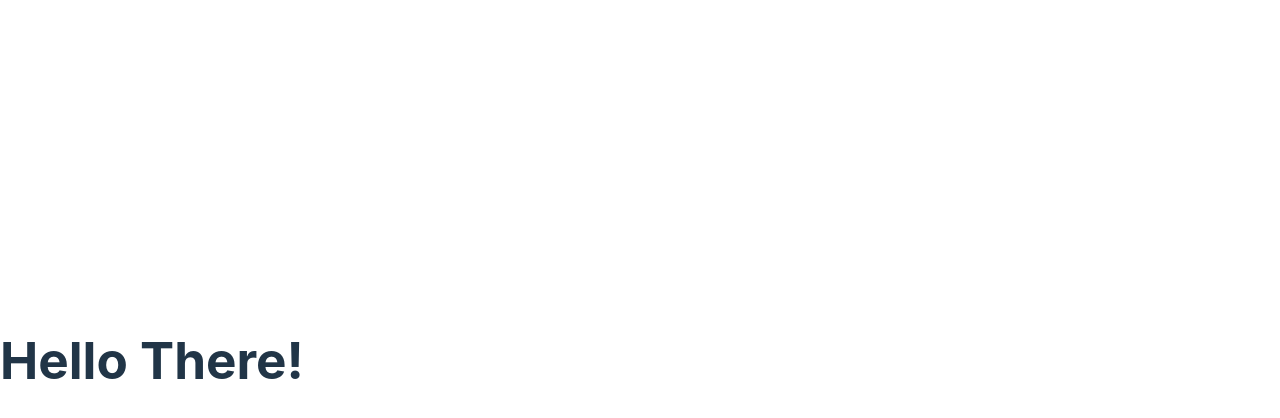
Repository: RonanKhalilOlaes/Olaes_Lab06-07_taskList
Page: /
The author's editor kept a copy of each file at every save. The page is drawn from the files as they stood at one save, then again after the next save.
The browser window is 1280 px wide. The pictures show the whole page.
The project was rebuilt for these pictures with package versions that can differ from the ones it lists, and the page was loaded fresh each time. Also part of the build but not shown: vite.config.js.

Above is the page before, as saved 2024-10-09 11:45:09.

### src/App.jsx
import { useState } from 'react'
// import './App.css'

function App() {

 let name ='John Doe';
  return (
    <>
      <h1>Hello There!</h1>
    </>
  );
}

export default App;

Loaded but not shown: index.html (common file); src/main.jsx (common file); src/index.css (common file); src/App.css (common file)

After the next save:
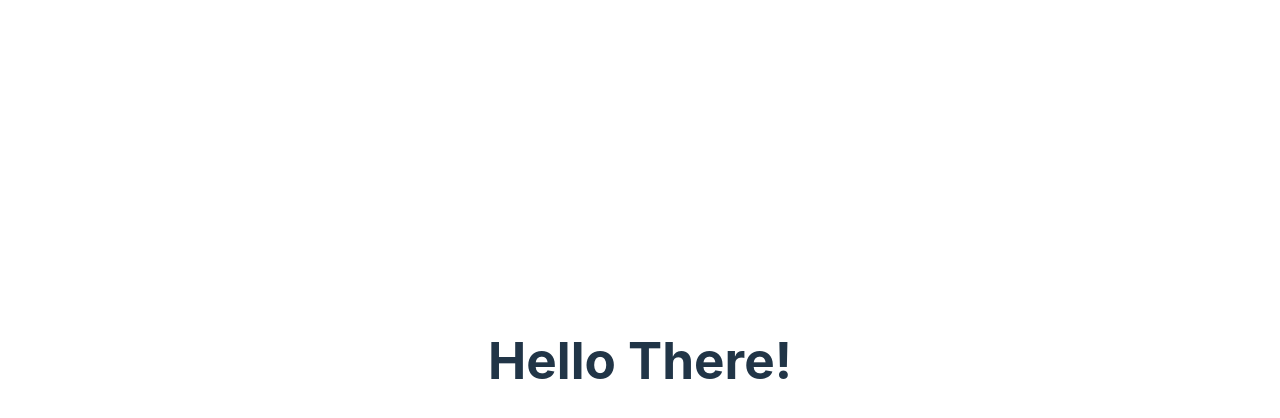
Saved 26 s later.
--- a/src/App.jsx
+++ b/src/App.jsx
@@ -1,5 +1,5 @@
 import { useState } from 'react'
-// import './App.css'
+import './App.css'
 
 function App() {
 
